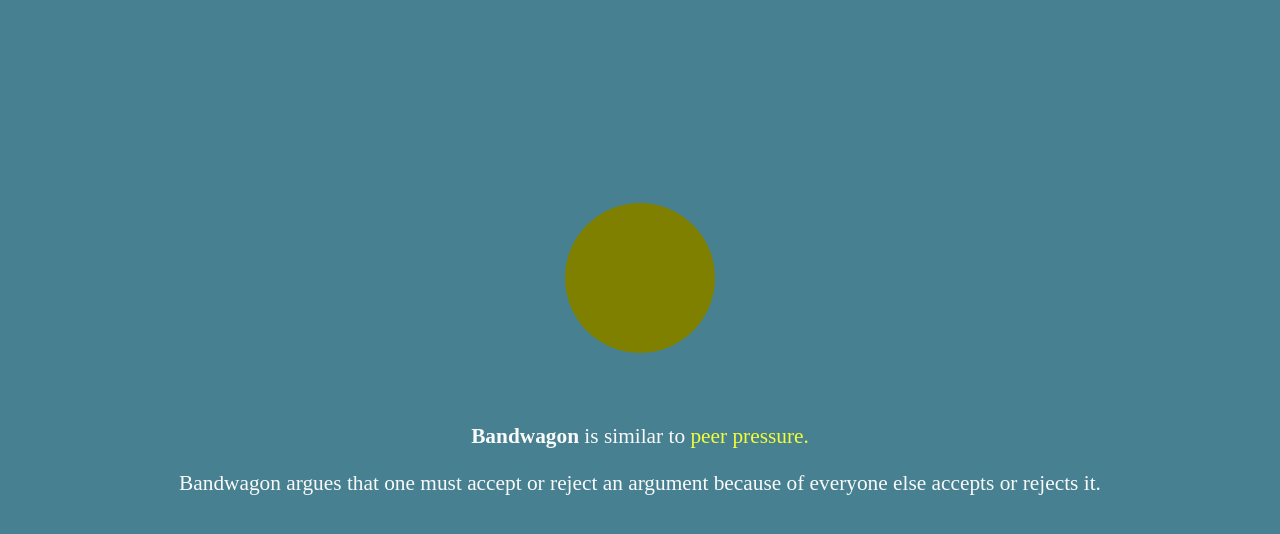
Repository: cindyvunguyen/fallacy
Page: index.html
The author's editor kept a copy of each file at every save. The page is drawn from the files as they stood at one save, then again after the next save.
The browser window is 1280 px wide. The pictures show the whole page.
Some web fonts or font styles are not loaded; a fallback is used.

Above is the page before, as saved 2020-03-13 20:01:49.
Console error: SyntaxError: Unexpected token 'function'

### index.html
<!DOCTYPE html>
<html lang="en">
<head>
    <meta charset="UTF-8">
    <meta name="viewport" content="width=device-width, initial-scale=1.0">
    <title>FALLACIES</title>
    <link href="style.css" rel="stylesheet" type="text/css">
</head>
<body>
    <div id="app">

        <!-- CINDY START -->

        <div id="home-page"></div>

        <div id="lets-start-page"></div>

        <div id="question-page"></div>

        <!-- CINDY END -->

        <!-- SOPHIA START -->

        <!-- when making it one page -->

        <div id="correct-incorrect-page">
            <div id="icon"></div>
            <div id="cip-text1">HORRAY!</div> <!-- incorrect, change to "oh no!" -->
            <div id="cip-a-outcome">
                <div id="cip-text2">You avoided the</div> <!-- icorrect, change to "you committed the"-->
                <div id="cip-fallacy">BANDWAGON FALLACY</div>
                <div id="cip-text2">which is</div>
            </div>
            <div id="cip-definition">Listening to what is popular instead of listening to yourself.</div>
            <button class="white-button" onclick="incorrectPage()">NEXT QUESTION</button> <!-- placeholder for js page switch-->
        </div>

        <div id="results-page">
            <div id="rp-text">
                <div id="rp-message">YOU GOT...</div> <!-- game over, change to "game over" -->
                <div id="rp-results"># out of 10 scenarios</div>  <!-- game over, change to "you commited too many fallacies" -->
                <div id="rp-congrats">AMAZING JOB!</div> <!-- game over, message disappears -->
            </div>
            <button class="grey-button" onclick="gameOver()">VIEW FALLACIES</button>
        </div>

        <!-- SOPHIA END -->

        <!-- CHLOE START -->

        <div id="review-page">
            <div id="rp-text">LET'S SUM UP<br>WHAT WE'VE GOT SO FAR!</div>
        </div>

        <!-- <div id="review2-page">
            <span id="r2-bold">A fallacy</span> is when someone is using <span id="r2-emphasis"> bad reasoning</span> when trying to make a point or argument.
        </div> -->

        <div id="fallacy-review-page">

        </div>

        <div id="three-fallacies-page" onclick="fallacyChange()">
            <div id="icon"></div>
            <div id="tfp-text">
                <p><b>Bandwagon</b> is similar to <span id="text-emphasis">peer pressure.</span></p>
                <p>Bandwagon argues that one must accept or reject an argument because of everyone else accepts or rejects it.</p>
            </div>
        </div>
        <!-- change the page's content with JS to show all three fallacies when clicked -->

        <!-- CHLOE END -->
        <script src="js.js"></script>
    </div>
</body>
</html>

### style.css
body {
    margin: 0;
}

#app {
    width: 100vw;
    height: 100vh;
    font-family: Visby;
    background-color: #468091;
    color: #FAFAFA;
}

@font-face {
    font-family: Visby;
    src: url(fonts/VisbyRoundCF-Regular.otf) format("woff");
}

@font-face {
    font-family: Visby;
    src: url(fonts/VisbyRoundCF-ExtraBold.otf) format("woff");
    font-weight: bold;
}

.pink-button {
    height: 100px;
    width: 700px;
    background-color: #ed2265;
    border: 0px;
    border-radius: 75px;
    font-family: Visby;
    font-weight: bold;
    font-size: 36pt;
    color: #FAFAFA;
    outline: 0;
}

.pink-button:active {
    background-color: #9c1542;
}

.white-button {
    height: 100px;
    width: 700px;
    background-color: #FAFAFA;
    border: 0px;
    border-radius: 75px;
    font-family: Visby;
    font-weight: bold;
    font-size: 36pt;
    color: #303030;
    outline: 0;
}

.white-button:active {
    background-color: #9e9e9e;
}

.grey-button {
    height: 100px;
    width: 700px;
    background-color: #303030;
    border: 0px;
    border-radius: 75px;
    font-family: Visby;
    font-weight: bold;
    font-size: 36pt;
    color: #FAFAFA;
    outline: 0;
}

.grey-button:active {
    background-color: #000000;
}

/* CINDY START */

/* CINDY END */

/* SOPHIA START */

/* correct page */
#correct-incorrect-page {
    width: 100vw;
    height: 100vh;
    /* display: flex; */
    display: none;
    flex-direction: column;
    align-items: center;
    justify-content: center;
    background-color: #6eb748; /* incorrect, change to #860000*/
}

#icon {
    background-color: olive;
    width: 150px;
    height: 150px;
    border-radius: 50%;
}

#cip-text1 {
    font-size: 36pt;
    font-weight: bold;
    padding: 35px 0;
}

#cip-text2 {
    font-size: 16pt;
    font-weight: bold;
}

#cip-fallacy {
    font-size: 36pt;
    font-weight: bold;
}

#cip-definition {
    font-size: 16pt;
    line-height: 150px;
}

#cip-a-outcome {
    line-height: 60px;
    display: flex;
    flex-direction: column;
    align-items: center;
    justify-content: center;
}

/* results page */
#results-page {
    width: 100vw;
    height: 100vh;
    /* display: flex; */
    display: none;
    flex-direction: column;
    align-items: center;
    justify-content: center;
    /* background-color: #860000; */ /* for game over page when combined */
}

#rp-text {
    padding: 0 0 75px 0;
    line-height: 75px;
    display: flex;
    flex-direction: column;
    align-items: center;
    justify-content: center;
}

#rp-message {
    font-size: 48pt;
    font-weight: bold;
}

#rp-results {
    font-size: 16pt;
    font-weight: bold;
}

#rp-congrats {
    font-size: 48pt;
    font-weight: bold;
}

/* SOPHIA END */

/* CHLOE START */

/* review page */
#review-page {
    width: 100vw;
    height: 100vh;
    /* display: flex; */
    display: none;
    flex-direction: column;
    align-items: center;
    justify-content: center;
    }

/* #rp-text {
    font-size: 48pt;
    font-weight: bold;
    text-align: center;
}


#r2-bold {
    font-weight: bold;
} */

#text-emphasis {
    color: #F5FD37;
}

#three-fallacies-page {
    width: 100vw;
    height: 100vh;
    display: flex;
    /* display: none; */
    flex-direction: column;
    align-items: center;
    justify-content: center;
}

#tfp-text {
    font-size: 16pt;
    text-align: center;
    margin: 50px 0 0 0;
}

/* CHLOE END */

### js.js
// CINDY START

// CINDY END

// SOPHIA START

//            fallacy:"BANDWAGON FALLACY",
//            definition:"Listening to what is popular instead of listening to yourself."

//            fallacy:"APPEAL TO EMOTIONS",
//            definition:"Using people's feelings to convince them or win an argument."

//            fallacy:"AD HOMINEM",
//            definition:"Attacking someone instead of listening to what they're saying."

function incorrectPage() {
    document.querySelector("#correct-incorrect-page").style.backgroundColor = "#860000";
    document.querySelector("#cip-text1").innerText = "OH NO!";
    document.querySelector("#cip-text2").innerText = "You committed the";
    document.querySelector("#icon").style.backgroundColor = "#b34c20";
}

function gameOver() {
    document.querySelector("#results-page").style.backgroundColor = "#860000";
    document.querySelector("#rp-message").innerText = "GAME OVER";
    document.querySelector("#rp-results").innerText = "You committed too many fallacies";
    document.querySelector("#rp-congrats").style.display = "none";
}

// SOPHIA END

// CHLOE START

var
function fallacyChange1() {

}

// CHLOE END

After the next save:
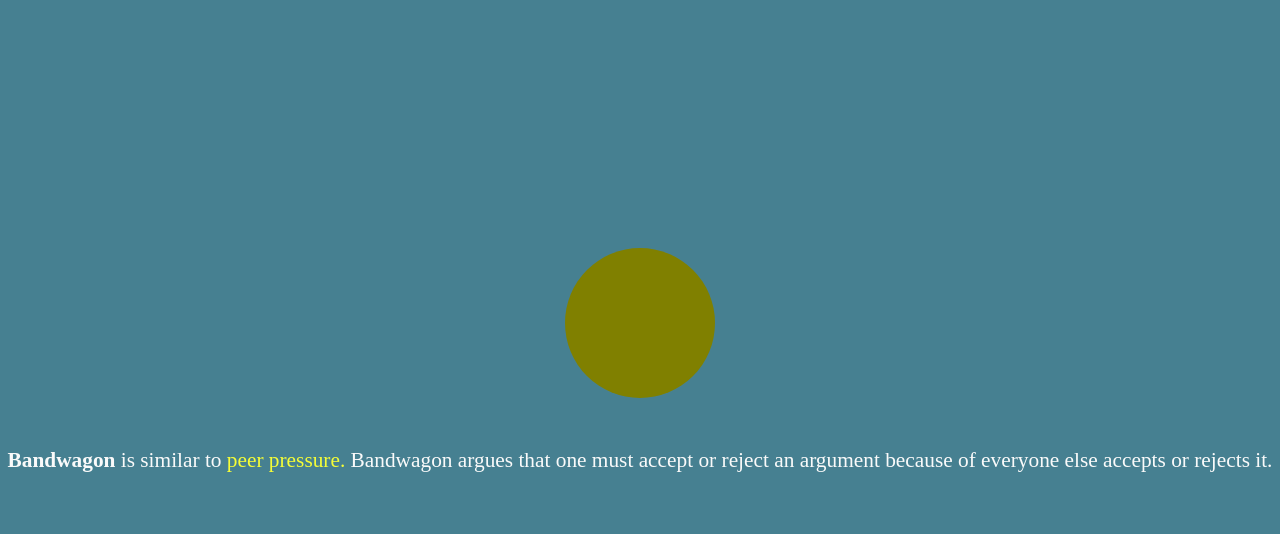
Saved 16 s later.
--- a/index.html
+++ b/index.html
@@ -63,8 +63,8 @@
         <div id="three-fallacies-page" onclick="fallacyChange()">
             <div id="icon"></div>
             <div id="tfp-text">
-                <p><b>Bandwagon</b> is similar to <span id="text-emphasis">peer pressure.</span></p>
-                <p>Bandwagon argues that one must accept or reject an argument because of everyone else accepts or rejects it.</p>
+                <b>Bandwagon</b> is similar to <span id="text-emphasis">peer pressure.</span>
+                Bandwagon argues that one must accept or reject an argument because of everyone else accepts or rejects it.
             </div>
         </div>
         <!-- change the page's content with JS to show all three fallacies when clicked -->

After the save that followed:
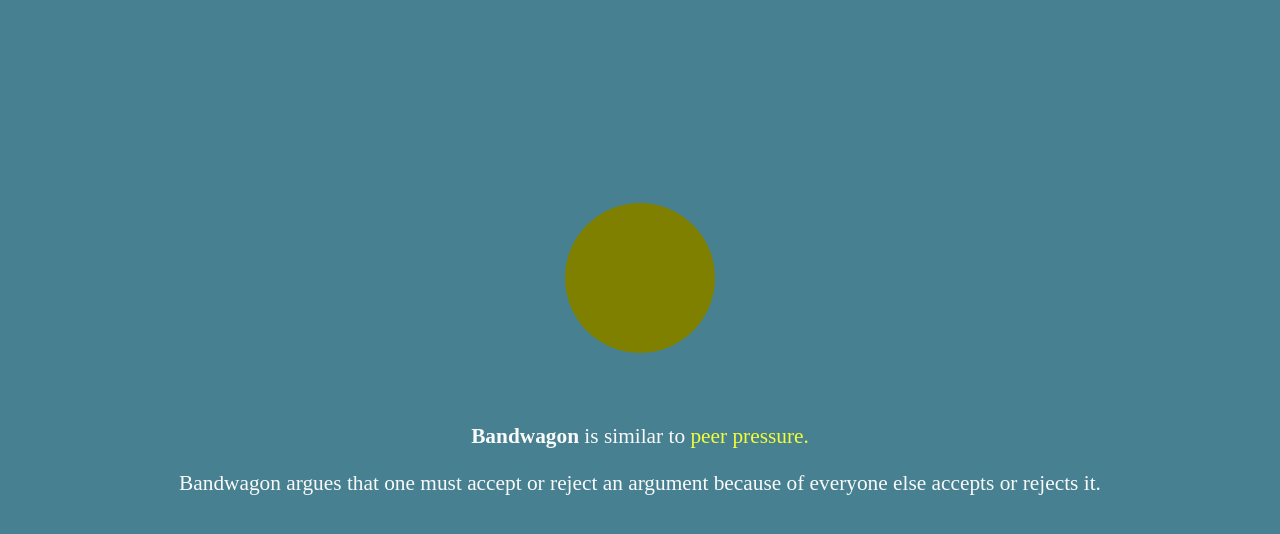
Saved 22 s later.
--- a/index.html
+++ b/index.html
@@ -63,8 +63,8 @@
         <div id="three-fallacies-page" onclick="fallacyChange()">
             <div id="icon"></div>
             <div id="tfp-text">
-                <b>Bandwagon</b> is similar to <span id="text-emphasis">peer pressure.</span>
-                Bandwagon argues that one must accept or reject an argument because of everyone else accepts or rejects it.
+                <p><b>Bandwagon</b> is similar to <span id="text-emphasis">peer pressure.</span></p>
+                <p>Bandwagon argues that one must accept or reject an argument because of everyone else accepts or rejects it.</p>
             </div>
         </div>
         <!-- change the page's content with JS to show all three fallacies when clicked -->
